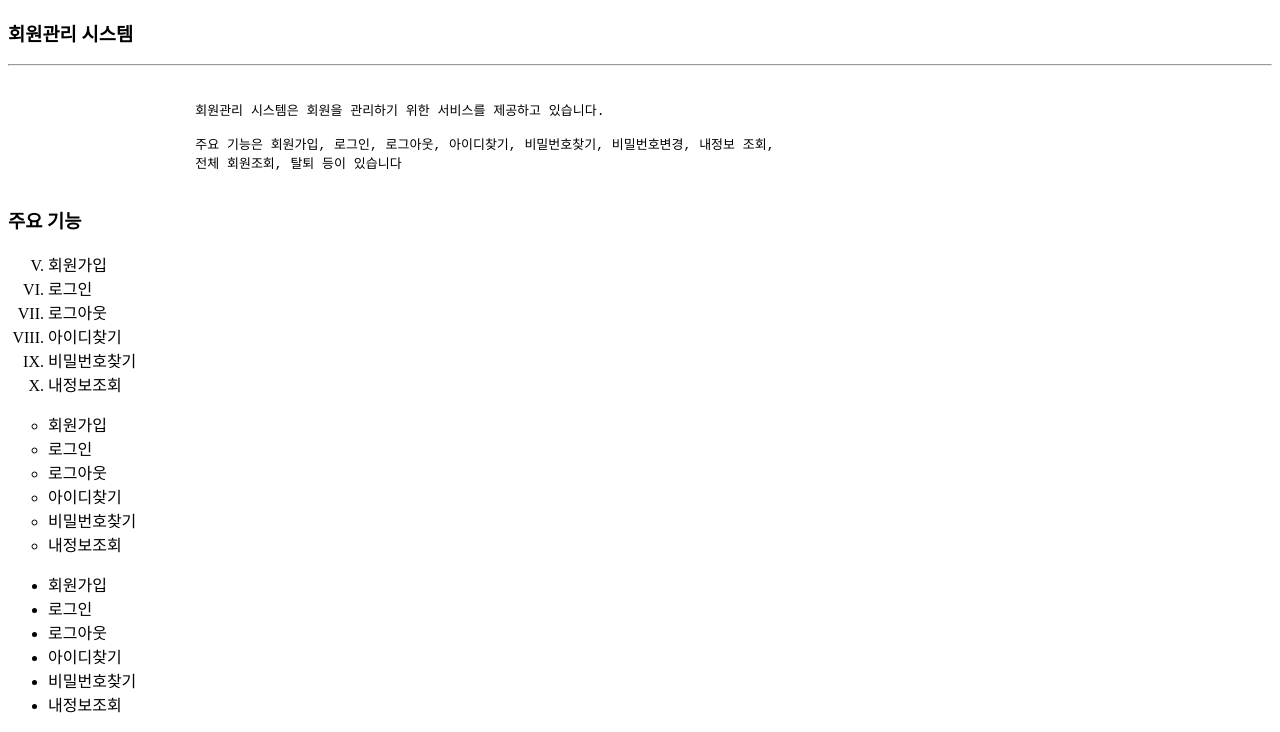
Repository: jelly02/workspace_web
Page: 01.html_basic/src/main/webapp/index.html
These files come from the project's save history. The page is drawn as it stood at one moment and after the next save; the edit follows.
The browser window is 1280 px wide. The pictures show the whole page.

Above is the page before, as saved 2021-06-23 06:46:34.

### 01.html_basic/src/main/webapp/index.html
<!--  문서타입 선언문 : html4 -->

<!DOCTYPE html PUBLIC "-//W3C//DTD HTML 4.01 Transitional//EN" "http://www.w3.org/TR/html4/loose.dtd">
<html>
	<head>
		<meta http-equiv="Content-Type" content="text/html; charset=UTF-8">
		<title>MMS (Member Management System)</title>
	</head>

	<body>
		<h3>회원관리 시스템</h3>
		<hr>

		<h3>
			<a href=""></a>


		</h3>


		<pre>
			회원관리 시스템은 회원을 관리하기 위한 서비스를 제공하고 있습니다. <br>
			주요 기능은 회원가입, 로그인, 로그아웃, 아이디찾기, 비밀번호찾기, 비밀번호변경, 내정보 조회,
			전체 회원조회, 탈퇴 등이 있습니다
		</pre>

		<h3>주요 기능</h3>

		<!-- type : default는 1234 /type = "A", "i", "I" -->
			<ol type = "I" start ="5">
				<li>회원가입</li>
				<li>로그인</li>
				<li>로그아웃</li>
				<li>아이디찾기</li>
				<li>비밀번호찾기</li>
				<li>내정보조회</li>
			</ol>

			<ul type = "circle">
				<li>회원가입</li>
				<li>로그인</li>
				<li>로그아웃</li>
				<li>아이디찾기</li>
				<li>비밀번호찾기</li>
				<li>내정보조회</li>
			</ul>

			<ul type = "disc">
				<li>회원가입</li>
				<li>로그인</li>
				<li>로그아웃</li>
				<li>아이디찾기</li>
				<li>비밀번호찾기</li>
				<li>내정보조회</li>
			</ul>

	</body>
</html>

After the next save:
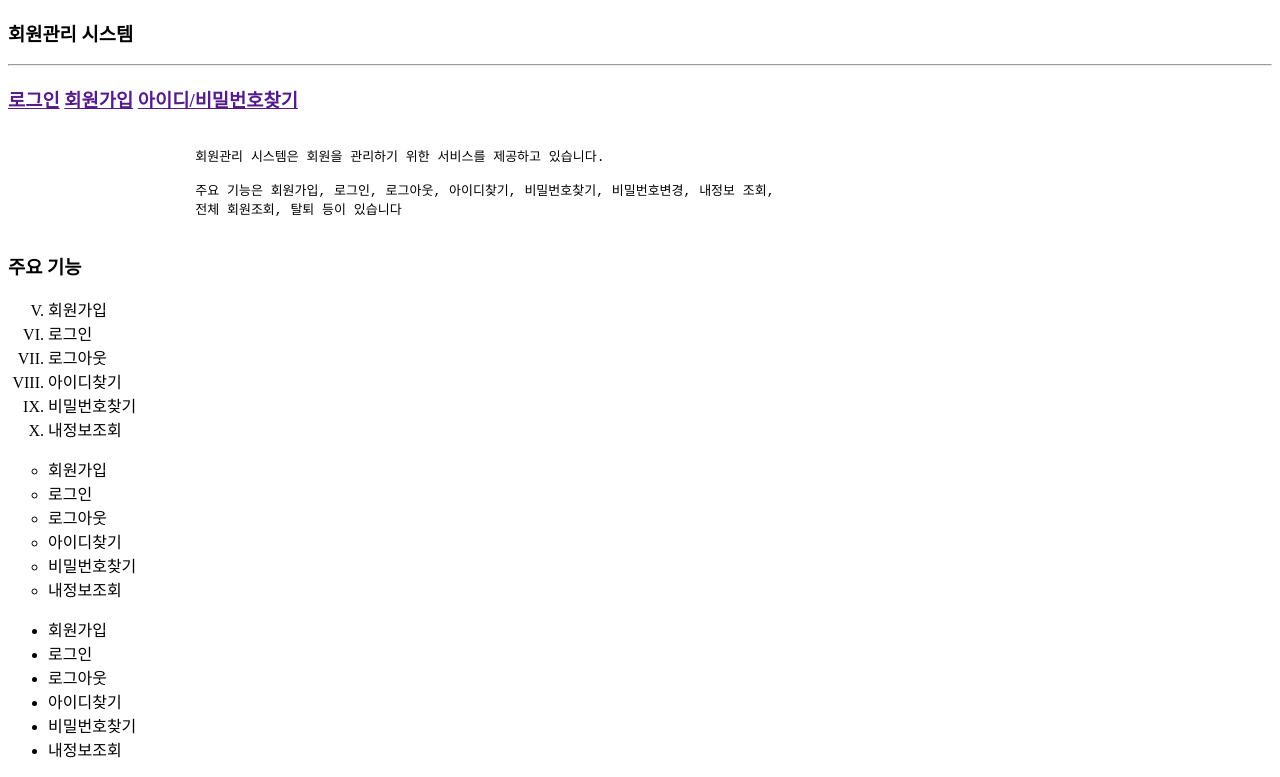
Saved 20 s later.
--- a/01.html_basic/src/main/webapp/index.html
+++ b/01.html_basic/src/main/webapp/index.html
@@ -12,9 +12,9 @@
 		<hr>
 
 		<h3>
-			<a href=""></a>
-
-
+			<a href="">로그인</a>
+			<a href="">회원가입</a>
+			<a href="">아이디/비밀번호찾기</a>
 		</h3>
 
 
